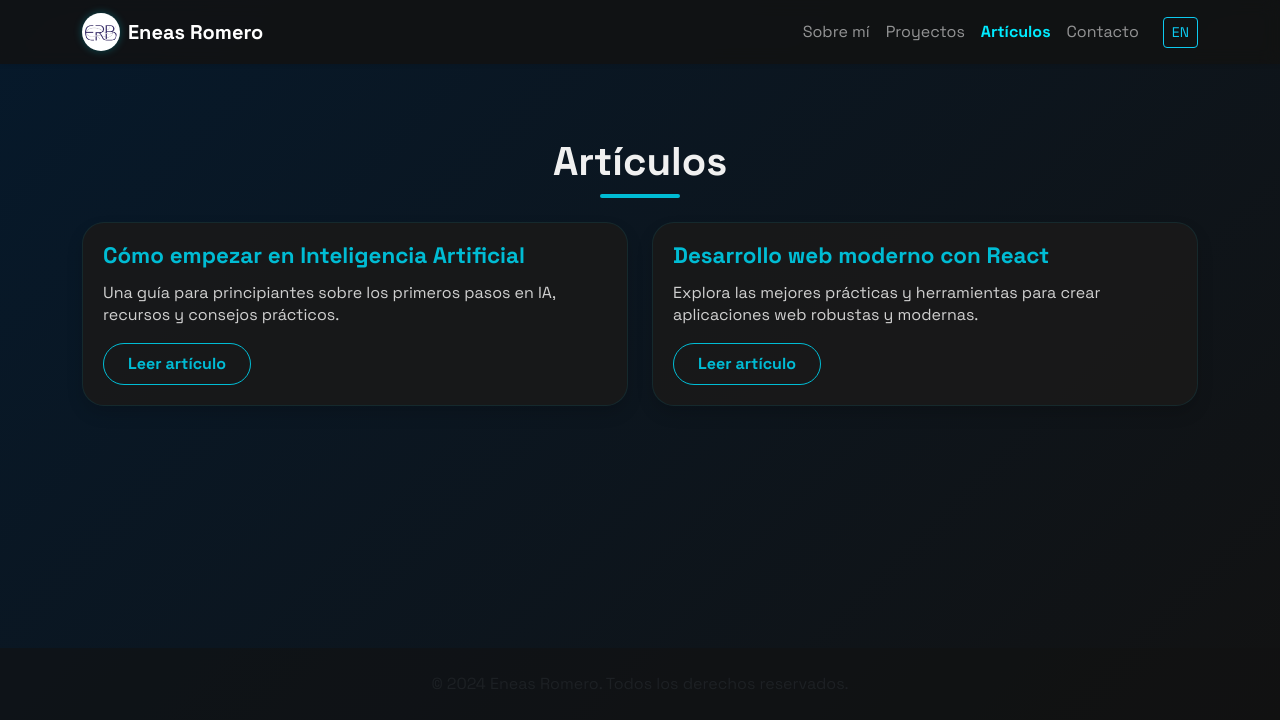
Repository: enerombar/enerombar.github.io
Page: articulos.html
These files come from the project's save history. The page is drawn as it stood at one moment and after the next save; the edit follows.
The browser window is 1280 px wide. The pictures show the whole page.

Above is the page before, as saved 2025-06-27 00:52:22.

After the next save:
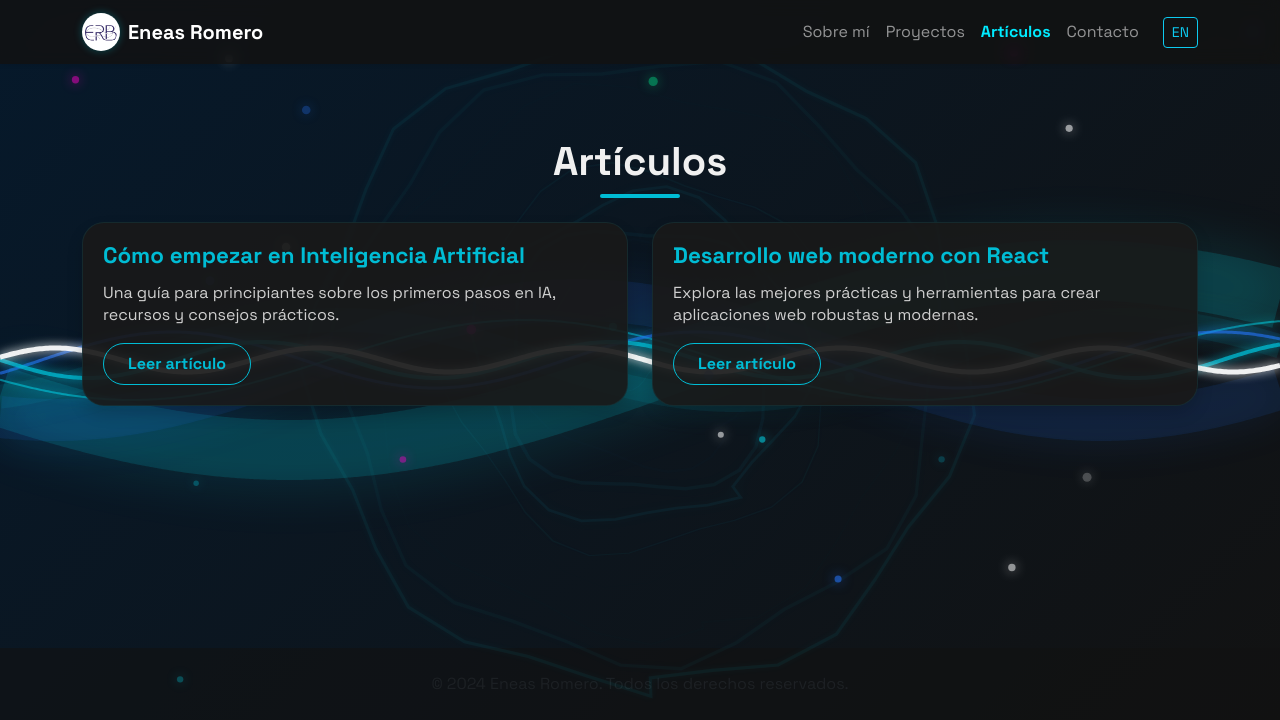
Saved 37 s later.
--- a/articulos.html
+++ b/articulos.html
@@ -9,6 +9,7 @@
   <link href="styles.css" rel="stylesheet" />
 </head>
 <body>
+  <canvas id="background-canvas"></canvas>
   <div class="d-flex flex-column min-vh-100">
     <nav class="navbar navbar-expand-lg navbar-dark bg-dark fixed-top shadow-sm" style="backdrop-filter: blur(8px); background:rgba(18,18,18,0.85)!important;">
       <div class="container">
@@ -79,7 +80,6 @@
   <script src="scripts.js"></script>
 </body>
 </html>
-  <script src="https://cdn.jsdelivr.net/npm/bootstrap@5.3.0/dist/js/bootstrap.bundle.min.js"></script>
   <script src="scripts.js"></script>
 </body>
 </html>
